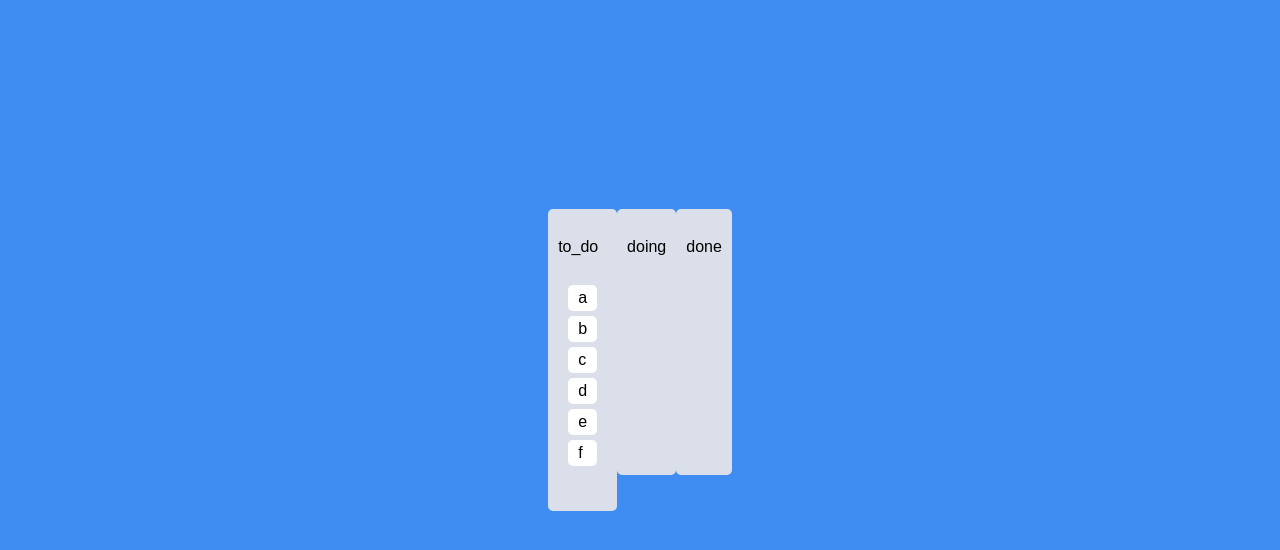
Repository: SeungYn/react-nomad
Page: / (app in trello/)
An editor plug-in stored every save of this project. The page is shown before and after the next save, followed by the edit.
The browser window is 1280 px wide. The pictures show the whole page.
The project was rebuilt for these pictures with package versions that can differ from the ones it lists, and the page was loaded fresh each time. Also part of the build but not shown: trello/src/App.css.

Above is the page before, as saved 2023-01-15 17:36:46.

### trello/src/index.tsx
import React from 'react';
import ReactDOM from 'react-dom/client';
import './index.css';
import App from './App';
import { createGlobalStyle, ThemeProvider } from 'styled-components';
import { RecoilRoot } from 'recoil';
import { darkTheme } from './theme';

const GlobalStyle = createGlobalStyle`
  @import url('https://fonts.googleapis.com/css2?family=Source+Sans+Pro:wght@300;400&display=swap');
  html, body, div, span, applet, object, iframe,
h1, h2, h3, h4, h5, h6, p, blockquote, pre,
a, abbr, acronym, address, big, cite, code,
del, dfn, em, img, ins, kbd, q, s, samp,
small, strike, strong, sub, sup, tt, var,
b, u, i, center,
dl, dt, dd, menu, ol, ul, li,
fieldset, form, label, legend,
table, caption, tbody, tfoot, thead, tr, th, td,
article, aside, canvas, details, embed,
figure, figcaption, footer, header, hgroup,
main, menu, nav, output, ruby, section, summary,
time, mark, audio, video {
  margin: 0;
  padding: 0;
  border: 0;
  font-size: 100%;
  font: inherit;
  vertical-align: baseline;
}
/* HTML5 display-role reset for older browsers */
article, aside, details, figcaption, figure,
footer, header, hgroup, main, menu, nav, section {
  display: block;
}
/* HTML5 hidden-attribute fix for newer browsers */
*[hidden] {
    display: none;
}
body {
  line-height: 1;
}
menu, ol, ul {
  list-style: none;
}
ul{
  text-decoration: none;
  list-style: none;
}
blockquote, q {
  quotes: none;
}
blockquote:before, blockquote:after,
q:before, q:after {
  content: '';
  content: none;
}
table {
  border-collapse: collapse;
  border-spacing: 0;
}

*{
  box-sizing: border-box;
}

body {
  font-family: 'Source Sans Pro', sans-serif;
  background-color: ${(props) => {
    return props.theme?.bgColor;
  }};
  color:black;
}

a{
  text-decoration:none;
  color:inherit;
}
`;

const root = ReactDOM.createRoot(
  document.getElementById('root') as HTMLElement
);
root.render(
  <RecoilRoot>
    <ThemeProvider theme={darkTheme}>
      <GlobalStyle />
      <App />
    </ThemeProvider>
  </RecoilRoot>
);

### trello/src/App.tsx
import React from 'react';
import logo from './logo.svg';
import './App.css';
import {
  DragDropContext,
  Draggable,
  Droppable,
  DropResult,
} from 'react-beautiful-dnd';
import styled from 'styled-components';
import { useRecoilState, useRecoilValue } from 'recoil';
import { toDoState } from './atoms';
import DraggbleCard from './Components/DragabbleCard';
import Board from './Components/Board';

const Wrapper = styled.div`
  display: flex;
  max-width: 480px;
  width: 100%;
  margin: 0 auto;
  justify-content: center;
  align-items: center;
  height: 100vh;
  width: 100vw;
`;

const Boards = styled.div`
  display: flex;
  justify-content: center;
  align-items: flex-start;
`;

function App() {
  const [toDos, setToDos] = useRecoilState(toDoState);
  const onDragEnd = ({ destination, source, draggableId }: DropResult) => {
    const desIndex = destination?.index;
    const srcIndex = source.index;
    // setToDos((todos) => {
    //   const copy = [...todos];
    //   copy.splice(srcIndex, 1);
    //   copy.splice(desIndex!, 0, draggableId);
    //   return copy;
    // });
  };
  return (
    <DragDropContext onDragEnd={onDragEnd}>
      <Wrapper>
        <Boards>
          {Object.keys(toDos).map((i) => (
            <Board key={i} toDos={toDos[i]} boardId={i} />
          ))}
        </Boards>
      </Wrapper>
    </DragDropContext>
  );
}

export default App;

### trello/src/theme.ts
import { DefaultTheme } from 'styled-components';

export const darkTheme: DefaultTheme = {
  bgColor: '#3F8CF2',
  cardColor: 'white',
  boardColor: '#DADFE9',
};

### trello/src/atoms.tsx
import { atom, selector } from 'recoil';

interface IToDoState {
  [key: string]: string[];
}

export const toDoState = atom<IToDoState>({
  key: 'toDo',
  default: {
    to_do: ['a', 'b', 'c', 'd', 'e', 'f'],
    doing: [],
    done: [],
  },
});

### trello/src/Components/Board.tsx
import { Droppable } from 'react-beautiful-dnd';
import DragabbleCard from './DragabbleCard';
import styled from 'styled-components';

interface IboardProps {
  toDos: string[];
  boardId: string;
}

function Board({ toDos, boardId }: IboardProps) {
  return (
    <Wrapper>
      <Title>{boardId}</Title>
      <Droppable droppableId={boardId}>
        {(magic) => {
          return (
            <Wrapper ref={magic.innerRef} {...magic.droppableProps}>
              {toDos.map((todo, i) => (
                <DragabbleCard key={todo} todo={todo} index={i} />
              ))}
              {magic.placeholder}
            </Wrapper>
          );
        }}
      </Droppable>
    </Wrapper>
  );
}

export default Board;

const Wrapper = styled.div`
  padding: 20px 10px;
  padding-top: 30px;
  background-color: ${(props) => props.theme.boardColor};
  border-radius: 5px;
  min-height: 200px;
`;

const Title = styled.h1``;

### trello/src/Components/DragabbleCard.tsx
import React from 'react';
import { Draggable } from 'react-beautiful-dnd';
import styled from 'styled-components';

interface IDragabbleCardProps {
  todo: string;
  index: number;
}

function DraggbleCard({ todo, index }: IDragabbleCardProps) {
  console.log(todo, 'has been rendered');
  return (
    <Draggable key={todo} draggableId={todo} index={index}>
      {(magic) => (
        <Card
          ref={magic.innerRef}
          {...magic.draggableProps}
          {...magic.dragHandleProps}
        >
          {todo}
        </Card>
      )}
    </Draggable>
  );
}

export default React.memo(DraggbleCard);

const Card = styled.div`
  border-radius: 5px;
  padding: 5px 10px;
  margin-bottom: 5px;
  background-color: ${(props) => props.theme.cardColor};
  user-select: none;
`;

Loaded but not shown: trello/public/index.html (common file); trello/src/index.css (common file)

After the next save:
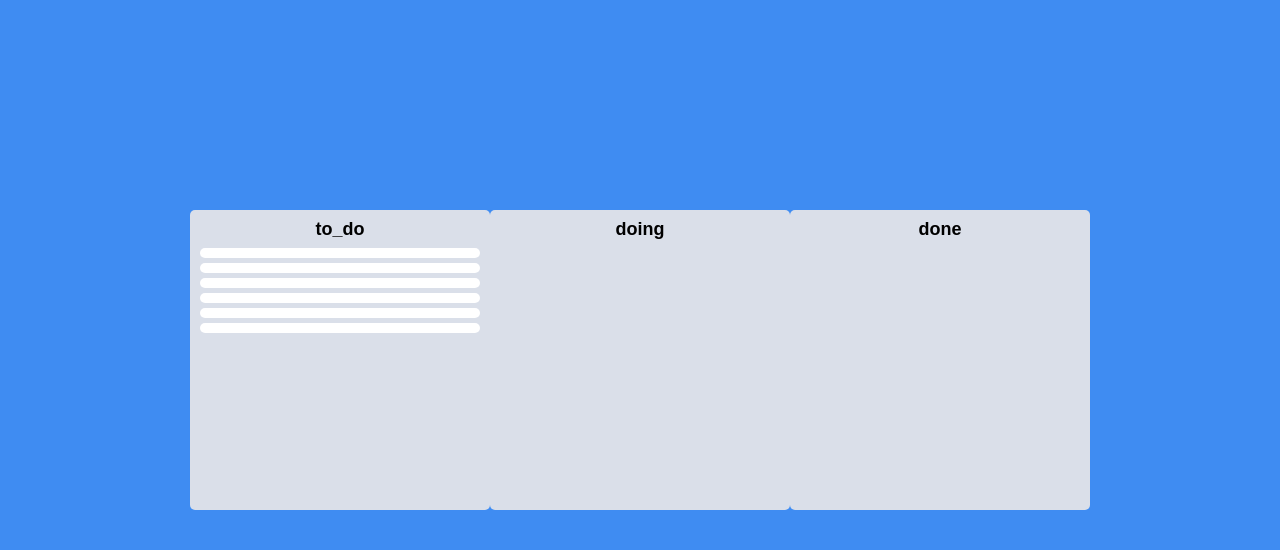
Saved 46 s later.
--- a/trello/src/Components/Board.tsx
+++ b/trello/src/Components/Board.tsx
@@ -12,16 +12,14 @@ function Board({ toDos, boardId }: IboardProps) {
     <Wrapper>
       <Title>{boardId}</Title>
       <Droppable droppableId={boardId}>
-        {(magic) => {
-          return (
-            <Wrapper ref={magic.innerRef} {...magic.droppableProps}>
-              {toDos.map((todo, i) => (
-                <DragabbleCard key={todo} todo={todo} index={i} />
-              ))}
-              {magic.placeholder}
-            </Wrapper>
-          );
-        }}
+        {(magic) => (
+          <div ref={magic.innerRef} {...magic.droppableProps}>
+            {toDos.map((toDo, index) => (
+              <DragabbleCard key={toDo} index={index} toDo={toDo} />
+            ))}
+            {magic.placeholder}
+          </div>
+        )}
       </Droppable>
     </Wrapper>
   );
@@ -30,11 +28,17 @@ function Board({ toDos, boardId }: IboardProps) {
 export default Board;
 
 const Wrapper = styled.div`
+  width: 300px;
   padding: 20px 10px;
-  padding-top: 30px;
+  padding-top: 10px;
   background-color: ${(props) => props.theme.boardColor};
   border-radius: 5px;
-  min-height: 200px;
+  min-height: 300px;
 `;
 
-const Title = styled.h1``;
+const Title = styled.h2`
+  text-align: center;
+  font-weight: 600;
+  margin-bottom: 10px;
+  font-size: 18px;
+`;
